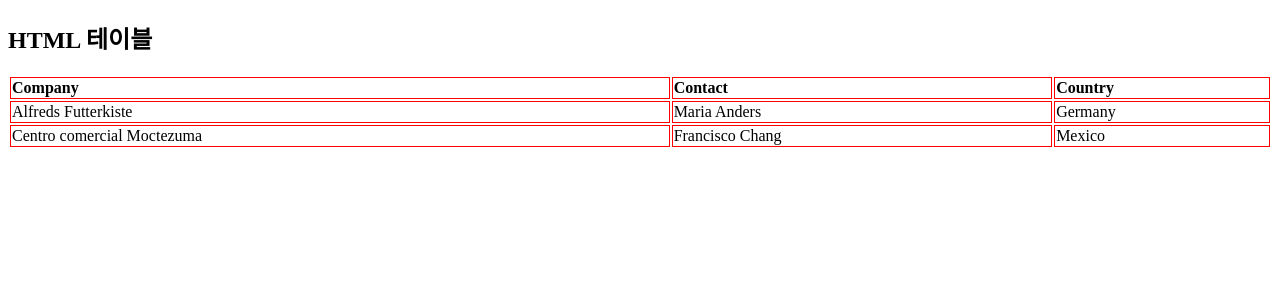
Repository: start-ha/MSA_EDU
Page: WEB/WebFront/WebLabs/Web/src/main/webapp/Ex06_Table.html
An editor plug-in stored every save of this project. The page is shown before and after the next save, followed by the edit.
The browser window is 1280 px wide. The pictures show the whole page.

Above is the page before, as saved 2025-09-16 06:54:59.

### WEB/WebFront/WebLabs/Web/src/main/webapp/Ex06_Table.html
<!DOCTYPE html>
<html>
<head>
<meta charset="UTF-8">
<title>Insert title here</title>
<style type="text/css">
	table{width: 100%;}
	th,td{
		border: 1px solid red;
		text-align: left;
		}
</style>
</head>
<body>
<h2>HTML 테이블</h2>

<table style="width:100%">
  <tr>
    <th>Company</th>
    <th>Contact</th>
    <th>Country</th>
  </tr>
  <tr>
    <td>Alfreds Futterkiste</td>
    <td>Maria Anders</td>
    <td>Germany</td>
  </tr>
  <tr>
    <td>Centro comercial Moctezuma</td>
    <td>Francisco Chang</td>
    <td>Mexico</td>
  </tr>
</table>



</body>
</html>

After the next save:
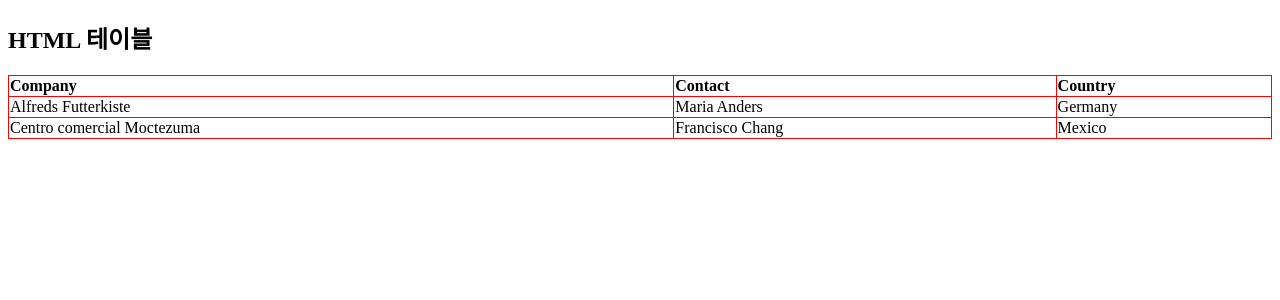
Saved 35 s later.
--- a/WEB/WebFront/WebLabs/Web/src/main/webapp/Ex06_Table.html
+++ b/WEB/WebFront/WebLabs/Web/src/main/webapp/Ex06_Table.html
@@ -4,7 +4,7 @@
 <meta charset="UTF-8">
 <title>Insert title here</title>
 <style type="text/css">
-	table{width: 100%;}
+	table{width: 100%; border-collapse: collapse;}
 	th,td{
 		border: 1px solid red;
 		text-align: left;
